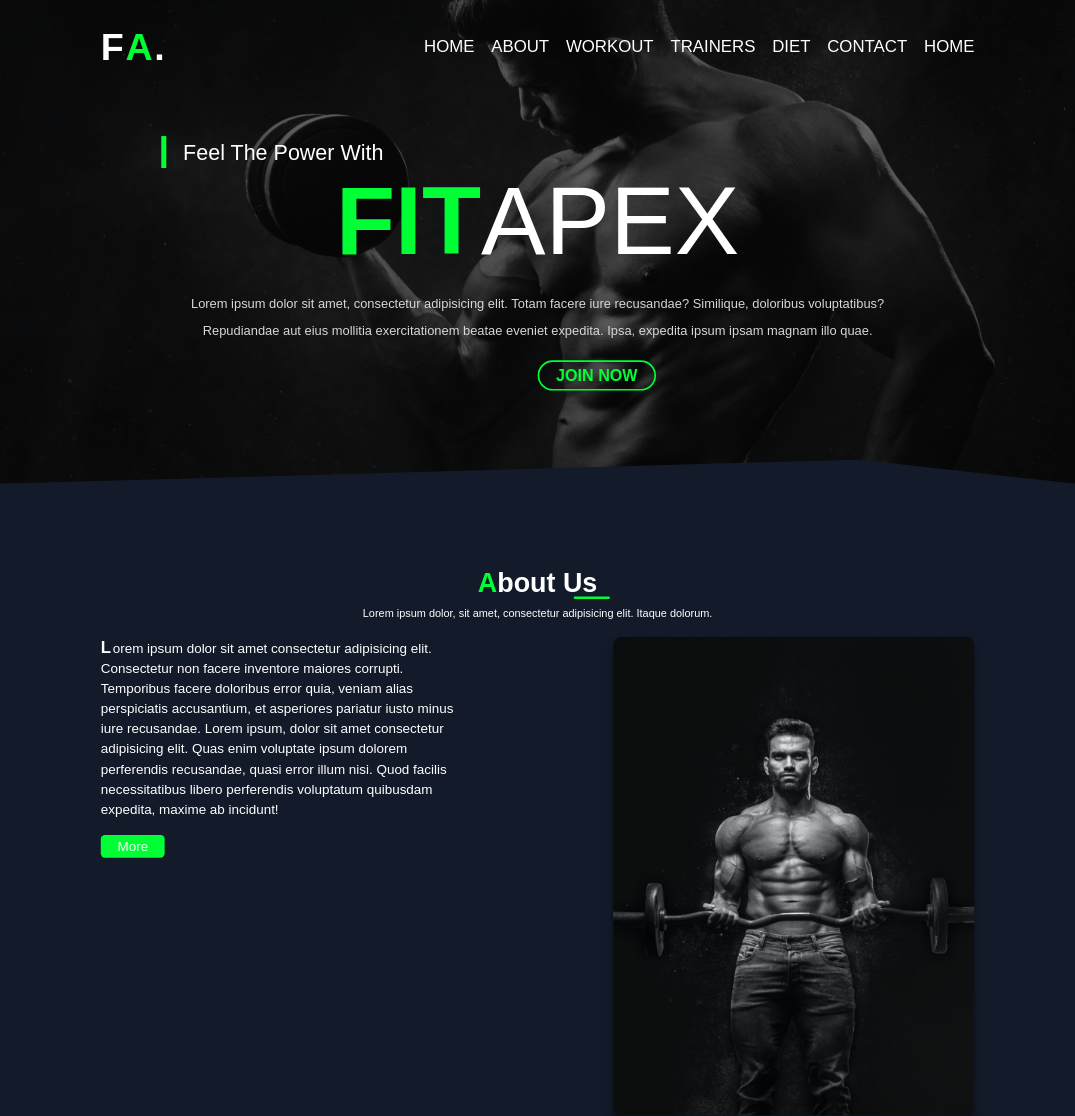
Repository: guilhermecardoso93/fitapex
Page: index.html
An editor plug-in stored every save of this project. The page is shown before and after the next save, followed by the edit.
The browser window is 1280 px wide. The pictures show the whole page, at 84% of full size.

Above is the page before, as saved 2023-03-07 19:57:41.

### index.html
<!DOCTYPE html>
<html lang="pr-BR">
  <head>
    <meta charset="UTF-8" />
    <meta http-equiv="X-UA-Compatible" content="IE=edge" />
    <meta name="viewport" content="width=device-width, initial-scale=1.0" />
    <link rel="stylesheet" href="styles.css" />
    <link
      rel="stylesheet"
      href="https://cdnjs.cloudflare.com/ajax/libs/font-awesome/4.7.0/css/font-awesome.css"
    />
    <title>F.A GYM</title>
  </head>
  <body>
    <div class="navbar">
      <a href="#" class="logo">F<b>A</b>.</a>
      <ol>
        <li>
          <a href="#home">home</a>
        </li>
        <li>
          <a href="#about">about</a>
        </li>
        <li>
          <a href="#workout">workout</a>
        </li>
        <li>
          <a href="#trainers">trainers</a>
        </li>
        <li>
          <a href="#diet">diet</a>
        </li>
        <li>
          <a href="#contact">contact</a>
        </li>
        <li>
          <a href="#home">home</a>
        </li>
      </ol>
    </div>
    <section id="home" class="home view">
      <div class="highlights">
        <h3>feel the power with</h3>
        <h1><b>FIT</b>APEX</h1><br>
        <p class="tagline">
          Lorem ipsum dolor sit amet, consectetur adipisicing elit. Totam facere iure recusandae? Similique, doloribus voluptatibus? Repudiandae aut eius mollitia exercitationem beatae eveniet expedita. Ipsa, expedita ipsum ipsam magnam illo quae.
        </p>
        <button class="join">join now</button>
      </div>
      <div class="banner"/>
    </section>

    <section id="about" class="about view">
      <div class="main">
        <h2><span>A</span>bout Us</h2>
        <h6>Lorem ipsum dolor, sit amet, consectetur adipisicing elit. Itaque dolorum.</h6>
      </div>
      <div class="content">
        <div class="cols">
          <p><b>L</b>orem ipsum dolor sit amet consectetur adipisicing elit. Consectetur non facere inventore maiores corrupti. Temporibus facere doloribus error quia, veniam alias perspiciatis accusantium, et asperiores pariatur iusto minus iure recusandae. Lorem ipsum, dolor sit amet consectetur adipisicing elit. Quas enim voluptate ipsum dolorem perferendis recusandae, quasi error illum nisi. Quod facilis necessitatibus libero perferendis voluptatum quibusdam expedita, maxime ab incidunt! </p>
          <a href="#">more</a>
        </div>
        <div class="cols">
          <div class="box">
            <img src="./assets/about.jpg" alt="">
          </div>
        </div>
      </div>
    </section>
  </body>
</html>

### styles.css
@import url("https://fonts.googleapis.com/css2?family=Poppins:wght@400;500&display=swap");

@import "./css/_navbar.css";
@import "./css/_home.css";
@import "./css/_about.css";

* {
  margin: 0;
  padding: 0;
  box-sizing: border-box;
  font-family: "Poppisns", sans-serif;
  outline: none;
  color: #fff;
}

:root {
  --prime: #00ff34;
}

body {
  background-color: #131b2b;
}


.view {
  width: 100%;
  min-height: 80vh;
  position: relative;
}

### css/_navbar.css

.navbar {
  width: 100%;
  display: flex;
  position: fixed;
  padding: 30px 120px;
  background-color: transparent;
  justify-content: space-between;
  z-index: 1111;
  transition: 0.5s ease;
}

.logo {
  font-size: 2.8em;
  font-weight: 800;
  letter-spacing: 2px;
  text-transform: uppercase;
  text-decoration: none;
}

.logo B{
  color: var(--prime);
}

ol {
  display: flex;
  margin: auto 0;
}

ol li {
  list-style: none;
  margin-left: 20px;
}

ol li a {
  font-size: 20px;
  font-weight:500;
  text-transform: uppercase;
  text-decoration: none;
}

ol li:hover a {
  color: var(--prime);
}

### css/_home.css
.home {
  display: flex;
  min-height: 120vh;
  align-items: center;
  justify-content: center;
  clip-path: polygon(0 0, 100% 0, 100% 100%, 80% 95%, 0 100%);
}

.banner {
  height: 100%;
  width: 100%;
  position: absolute;
  background: url("../assets/banner.jpg");
  background-size: cover;
  background-position: center;
  filter: brightness(40%);
}

.highlights {
  width: 70%;
  position: relative;
  display: inline-block;
  z-index: 11;
}

.highlights h3 {
  display: inline;
  font-size: 2vw;
  padding: 5px 20px;
  font-weight: lighter;
  text-transform: capitalize;
  border-left: 6px solid var(--prime);
}

.highlights h1 {
  font-size: 9vw;
  text-align: center;
  font-weight: normal;
}

.highlights b {
  color: var(--prime);
  font-weight: 800;
  font-family: sans-serif;
}

.highlights .tagline {
  color: #d7d7d7;
  font-size: 1.2vw;
  text-align: center;
  font-weight: normal;
  line-height: 32px;
}

.highlights .join {
  position: absolute;
  left: 50%;
  margin-top: 1.2rem;
  padding: 5px 20px;

  transform: tanslateX(-500%);
  font-weight: 800;
  font-size: 1.5vw;
  text-transform: uppercase;

  color: var(--prime);
  border: 2px solid var(--prime);
  border-radius: 50px;
  background: transparent;

  transition: 0.3s ease;
}

.highlights .join:hover {
  color: #fff;
  cursor: pointer;
  letter-spacing: 1.5px;
  background: var(--prime);
}

### css/_about.css
.main {
  width: 100%;
  text-align: center;
  padding-bottom: 20px;
}

.main h2 {
  font-size: 2.5vw;
  position: relative;
  text-align: center;
  padding-top: 100px;
  display: inline-block;
}

span {
  color: var(--prime);
}

.main h2:before {
  position: absolute;
  content: "";
  background: var(--prime);
  height: 3px;
  width: 30%;
  right: -15px;
  bottom: 0;
  border-radius: 50px;
}

.main h6 {
  margin-top: 10px;
  font-size: 13px;
  font-family: sans-serif;
  font-weight: lighter;
}

.content {
  position: relative;
  display: flex;
  width: 100%;
  padding: 0 30px;
  justify-content: center;
  line-height: 1.5em;
}

.about .content .cols {
  position: relative;
  width: 100%;
  height: 100%;
  padding: 0px 90px;
}

.about .content .cols p b {
  font-size: 20px;
  margin-right: 2px;
}

.about .content .cols a {
  position: relative;
  top: 20px;
  color: #fff;
  background-color: var(--prime);
  padding: 5px 20px;
  border-radius: 5px;
  text-decoration: none;
  text-weight: 500;
  text-transform: capitalize;
}

.about .content .cols a:hover {
  color: #000;
  background: #fff;
}

.about .content .cols .box {
  position: relative;
  height: 570px;
  box-shadow: 0 10px 10px rgba(0, 0, 0, 0.5);
  border-radius: 10px;
}

.about .content .cols .box img {
  position: absolute;
  top: 0;
  left: 0;
  height: 100%;
  width: 100%;
  object-fit: cover;
  border-radius: 10px;
}

After the next save:
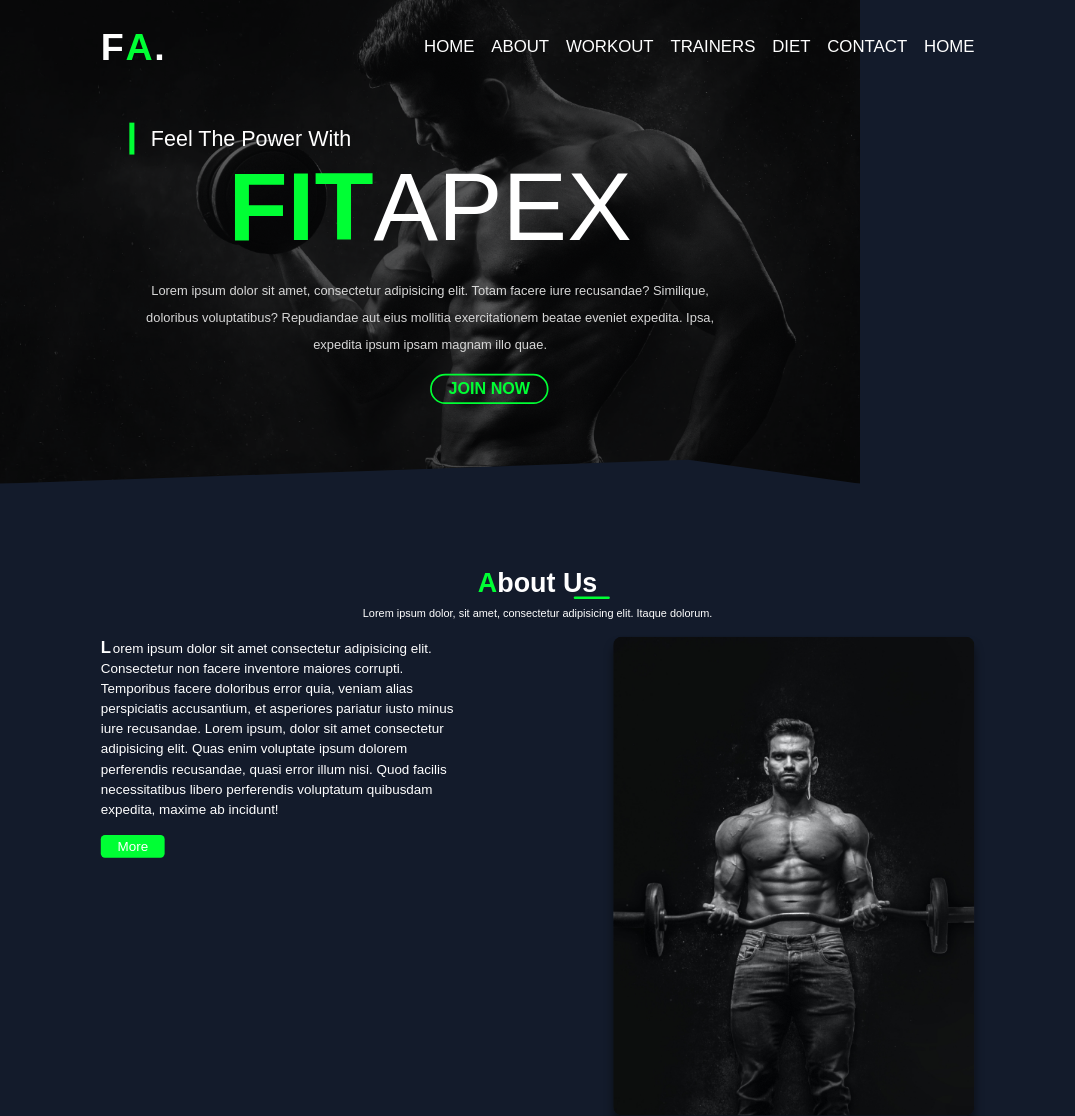
Saved 12 min 3 s later.
--- a/css/_home.css
+++ b/css/_home.css
@@ -1,6 +1,7 @@
 .home {
   display: flex;
   min-height: 120vh;
+  max-width: 80%;
   align-items: center;
   justify-content: center;
   clip-path: polygon(0 0, 100% 0, 100% 100%, 80% 95%, 0 100%);

After the save that followed:
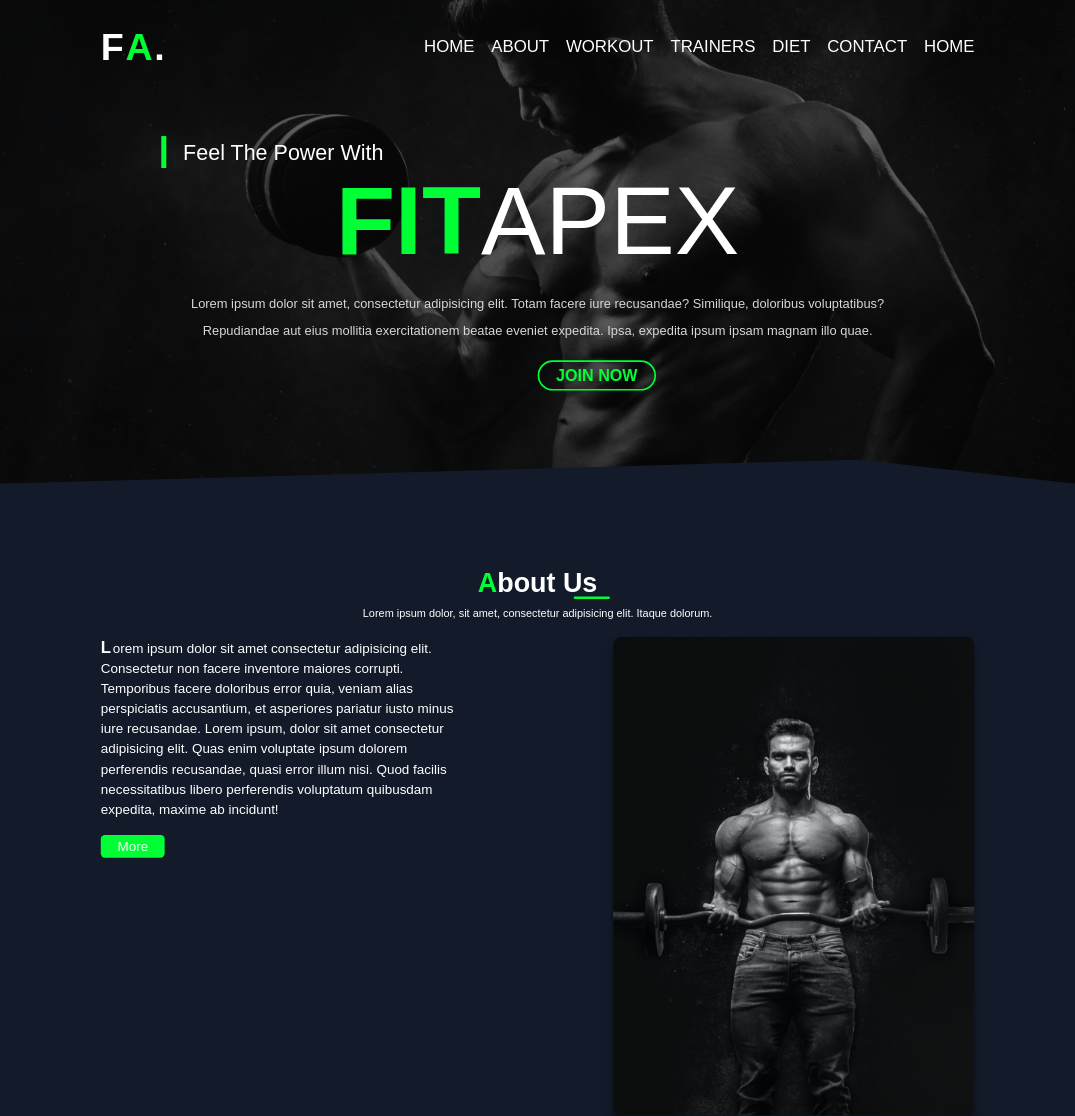
Saved 10 s later.
--- a/css/_home.css
+++ b/css/_home.css
@@ -1,7 +1,6 @@
 .home {
   display: flex;
   min-height: 120vh;
-  max-width: 80%;
   align-items: center;
   justify-content: center;
   clip-path: polygon(0 0, 100% 0, 100% 100%, 80% 95%, 0 100%);
@@ -22,6 +21,8 @@
   position: relative;
   display: inline-block;
   z-index: 11;
+  max-width: 80%;
+
 }
 
 .highlights h3 {
